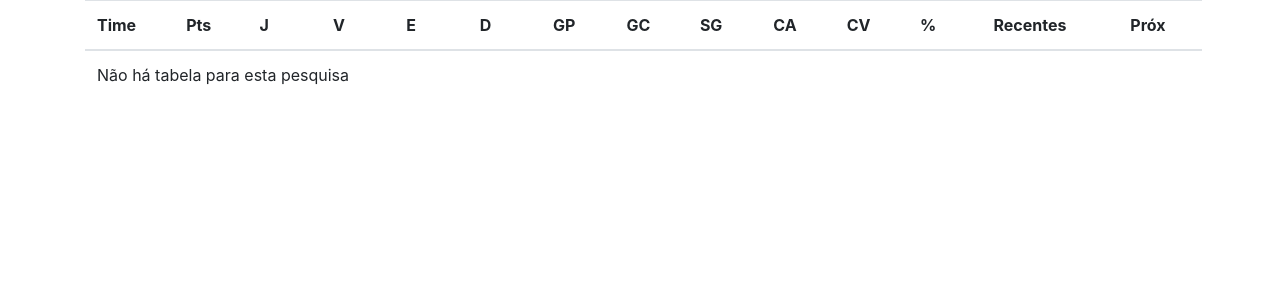
Repository: danielvieira7/campeonato-brasileiro-embed
Page: index.html
These files come from the project's save history. The page is drawn as it stood at one moment and after the next save; the edit follows.
The browser window is 1280 px wide. The pictures show the whole page.
The page's requests for data from a server got no answer. Some web libraries are served in a nearby version.

Above is the page before, as saved 2021-02-12 00:44:03.
Console error: ReferenceError: y is not defined

### index.html
<!doctype html>
<html lang="en">
<head>
    <title>Tabela do Campeonato Brasileiro</title>
    <!-- Required meta tags -->
    <meta charset="utf-8">
    <meta name="viewport" content="width=device-width, initial-scale=1, shrink-to-fit=no">

    <!-- Bootstrap CSS -->
    <link rel="stylesheet" href="https://stackpath.bootstrapcdn.com/bootstrap/4.3.1/css/bootstrap.min.css" integrity="sha384-ggOyR0iXCbMQv3Xipma34MD+dH/1fQ784/j6cY/iJTQUOhcWr7x9JvoRxT2MZw1T" crossorigin="anonymous">
    <!-- <link rel="stylesheet" href="//cdn.datatables.net/1.10.23/css/jquery.dataTables.min.css"> -->
    <!-- <link rel="stylesheet" href="style-light-green.css"> -->
</head>
<body>

    <div class="container">
        <table class="table" id="tabela-campeonato-brasileiro">
            <thead>
                <tr>
                    <th>Time</th>
                    <th>Pts</th>
                    <th>J</th>
                    <th>V</th>
                    <th>E</th>
                    <th>D</th>
                    <th>GP</th>
                    <th>GC</th>
                    <th>SG</th>
                    <th>CA</th>
                    <th>CV</th>
                    <th>%</th>
                    <th>Recentes</th>
                    <th>Próx</th>
                </tr>
            </thead>
            <tbody>
                <tr>
                    <td scope="row"></td>
                    <td></td>
                    <td></td>
                    <td></td>
                    <td></td>
                    <td></td>
                    <td></td>
                    <td></td>
                    <td></td>
                    <td></td>
                    <td></td>
                    <td></td>
                    <td></td>
                    <td></td>
                </tr>
            </tbody>
        </table>
    </div>

    <!-- Optional JavaScript -->
    <!-- jQuery first, then Popper.js, then Bootstrap JS -->
    <script src='https://cdnjs.cloudflare.com/ajax/libs/jquery/3.5.1/jquery.min.js' integrity='sha512-bLT0Qm9VnAYZDflyKcBaQ2gg0hSYNQrJ8RilYldYQ1FxQYoCLtUjuuRuZo+fjqhx/qtq/1itJ0C2ejDxltZVFg==' crossorigin='anonymous'></script>

    <script src="https://cdnjs.cloudflare.com/ajax/libs/popper.js/1.14.7/umd/popper.min.js" integrity="sha384-UO2eT0CpHqdSJQ6hJty5KVphtPhzWj9WO1clHTMGa3JDZwrnQq4sF86dIHNDz0W1" crossorigin="anonymous"></script>
    <script src="https://stackpath.bootstrapcdn.com/bootstrap/4.3.1/js/bootstrap.min.js" integrity="sha384-JjSmVgyd0p3pXB1rRibZUAYoIIy6OrQ6VrjIEaFf/nJGzIxFDsf4x0xIM+B07jRM" crossorigin="anonymous"></script>
    <script src="//cdn.datatables.net/1.10.23/js/jquery.dataTables.min.js"></script>
    <script src="app.js"></script>
</body>
</html>

### app.js
var tabelaCampeonatoBrasileiro
const queryString = window.location.search;
const urlParams = new URLSearchParams(queryString);

$(function () {


    var options = {
        "searching": false,
        "paging": false,
        "info": false,
        "ajax": "https://danielvieira7.github.io/campeonato-brasileiro-json-api/campeonato-brasileiro.json",
        // "ajax": "json.json",
        "dom": '<"top"if>rt<"bottom"><"clear">',
        "language": { "emptyTable": "Não há tabela para esta pesquisa",
            "sInfo": "Exibindo um total de _TOTAL_ times.",
            "sInfoEmpty": "",
            "search": "Pesquisar: ",
            "infoFiltered": "",
            "sZeroRecords": "Não há tabela para esta pesquisa",},
        columns: [
            {"data": "nome"},
            {"data": "pontos"},
            {"data": "jogos"},
            {"data": "vitorias"},
            {"data": "empates"},
            {"data": "derrotas"},
            {"data": "gols_pro"},
            {"data": "gols_contra"},
            {"data": "saldo_gols"},
            {"data": "cartoes_amarelo"},
            {"data": "cartoes_vermelhos"},
            {"data": "aproveitamento"},
            {"data": "recentes"},
            {"data": "proximo_adversario"},
        ],
        columnDefs:[
            { "targets": 0, "width": "5%", "className": "dt-center"},
            { "targets": 1, "width": "5%", "className": "dt-center"},
            { "targets": 2, "width": "5%", "className": "dt-center"},
            { "targets": 3, "width": "5%", "className": "dt-center"},
            { "targets": 4, "width": "5%", "className": "dt-center"},
            { "targets": 5, "width": "5%", "className": "dt-center"},
            { "targets": 6, "width": "5%", "className": "dt-center"},
            { "targets": 7, "width": "5%", "className": "dt-center"},
            { "targets": 8, "width": "5%", "className": "dt-center"},
            { "targets": 9, "width": "5%", "className": "dt-center"},
            { "targets": 10, "width": "5%", "className": "dt-center"},
            { "targets": 11, "width": "5%", "className": "dt-center"},
            { "targets": 12, "width": "5%", "className": "dt-center"},
            { "targets": 13, "width": "5%", "className": "dt-center"},
        ],
        "order": [[ 1, "desc" ]],
        "pageLength": 25
    }

    tabelaCampeonatoBrasileiro = $("#tabela-campeonato-brasileiro").DataTable(options)

})

const estilo = urlParams.get('estilo')


switch(estilo) {
    case "colorful-blue-purple":
        let file = "styles/style-colorful-blue-purple.css";
        break;
    case y:
      // code block
        break;
    default:
      // code block
}

let link = document.createElement( "link" );
link.href = file;
link.type = "text/css";
link.rel = "stylesheet";
link.media = "screen,print";

document.getElementsByTagName( "head" )[0].appendChild( link );

After the next save:
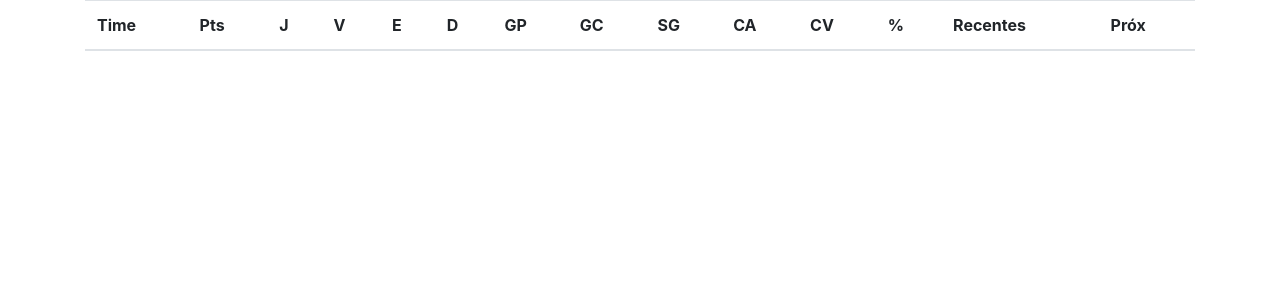
Console error: SyntaxError: Identifier 'file' has already been declared
Saved 30 s later.
--- a/app.js
+++ b/app.js
@@ -65,8 +65,8 @@
     case "colorful-blue-purple":
         let file = "styles/style-colorful-blue-purple.css";
         break;
-    case y:
-      // code block
+    case "dark-theme":
+        let file = "styles/style-dark-theme.css";
         break;
     default:
       // code block

After the 6 saves that followed:
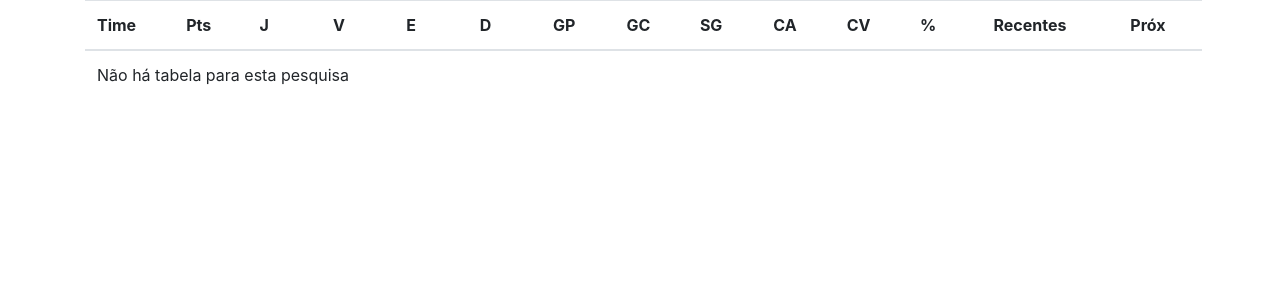
The error is gone.
The 6 saves are shown as one change because 5 left the picture as it was.
The last was saved 2 min 45 s later.
--- a/app.js
+++ b/app.js
@@ -60,16 +60,22 @@
 
 const estilo = urlParams.get('estilo')
 
-
+let file
 switch(estilo) {
     case "colorful-blue-purple":
-        let file = "styles/style-colorful-blue-purple.css";
+        file = "styles/style-colorful-blue-purple.css";
         break;
     case "dark-theme":
-        let file = "styles/style-dark-theme.css";
+        file = "styles/style-dark-theme.css";
+        break;
+    case "light-blue":
+        file = "styles/style-light-blue.css";
+        break;
+    case "light-green":
+        file = "styles/style-light-green.css";
         break;
     default:
-      // code block
+        file = "styles/style-default.css";
 }
 
 let link = document.createElement( "link" );
